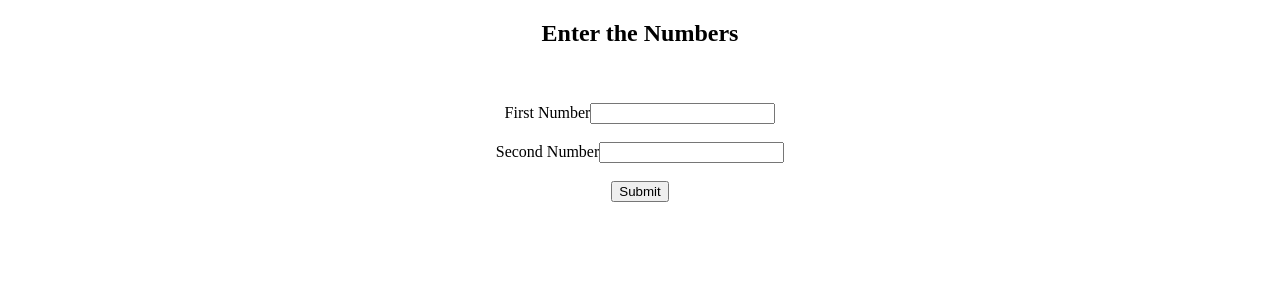
Repository: r-svp26/J2EE-Hands-On
Page: ServletBasics/WebContent/number.html
These files come from the project's save history. The page is drawn as it stood at one moment and after the next save; the edit follows.
The browser window is 1280 px wide. The pictures show the whole page.

Above is the page before, as saved 2020-01-03 13:21:51.

After the next save:
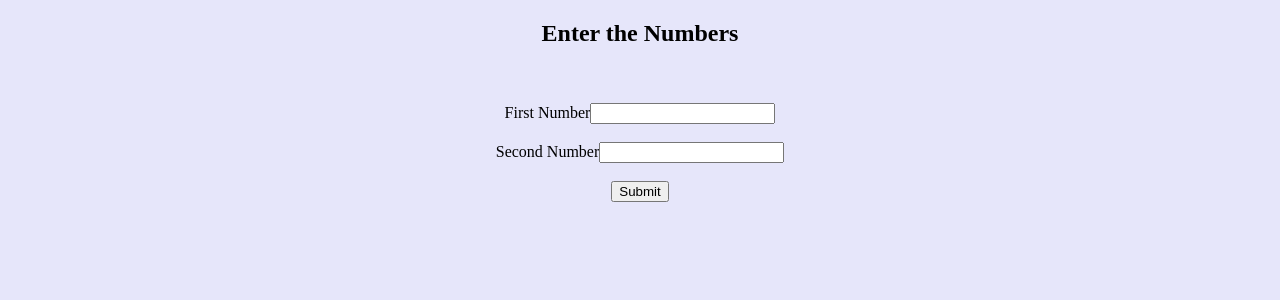
Saved 103 s later.
--- a/ServletBasics/WebContent/number.html
+++ b/ServletBasics/WebContent/number.html
@@ -7,7 +7,7 @@
 		</head>
 
 
-		<body backgroundcolor="#B3B6B7" align="center">
+		<body bgcolor="#E6E6FA" align="center">
 
 			<form action="AdditionServlet">
 				 <h2>Enter the Numbers</h2><br><br>
